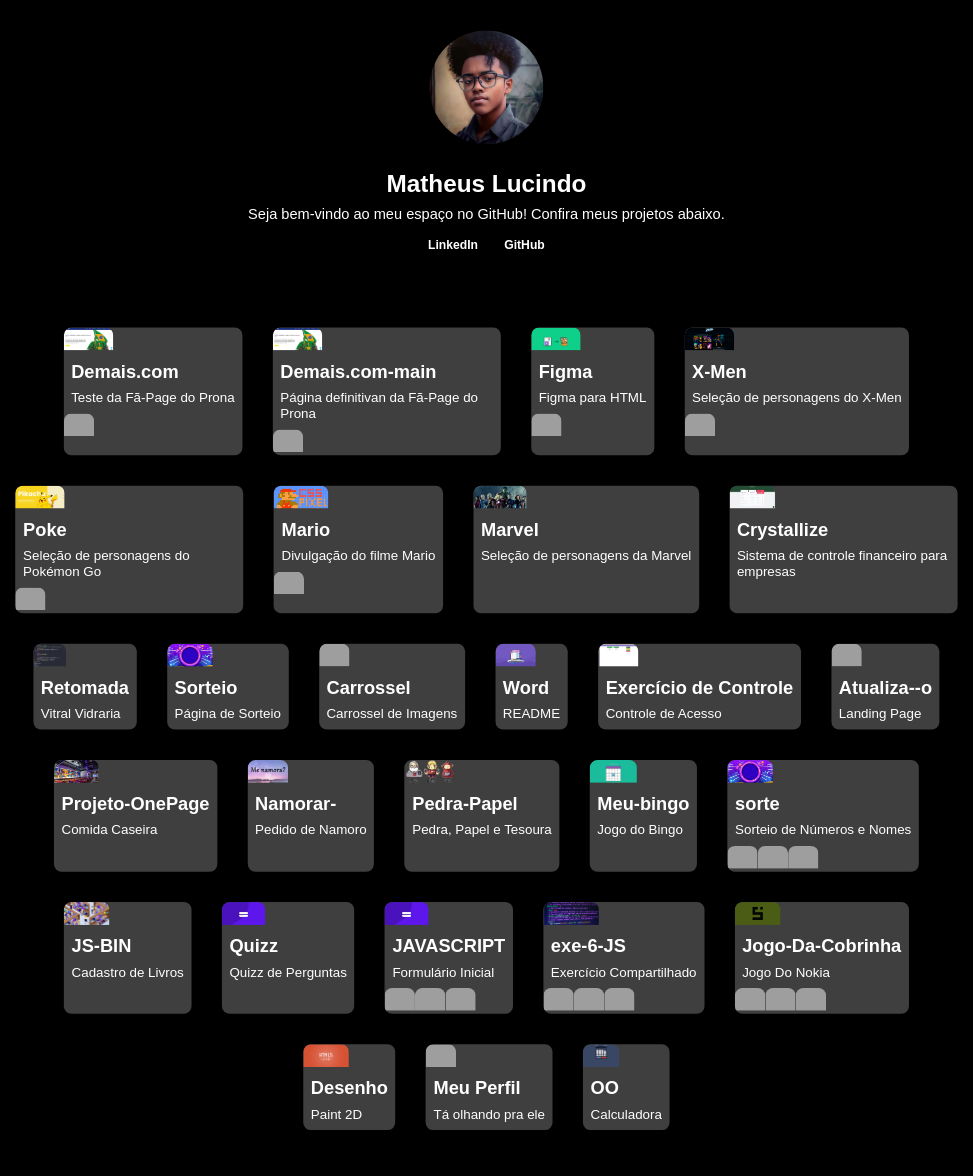
Repository: Matheus904-12/Meu-Perfil
Page: index.html
The author's editor kept a copy of each file at every save. The page is drawn from the files as they stood at one save, then again after a run of saves.
The browser window is 1280 px wide. The pictures show the whole page, at 76% of full size.
Pictures or frames that could not be fetched are drawn as grey boxes.

Above is the page before, as saved 2023-09-26 22:06:23.

### index.html
<!DOCTYPE html>
<html lang="en">
<head>
    <meta charset="UTF-8">
    <meta name="viewport" content="width=device-width, initial-scale=1.0">
    <link rel="stylesheet" href="styles.css">
    <link rel="icon" href="p">
    <title>Seu Perfil</title>
</head>
<body>


    <header>
        <img src="IMG_20230326_185729_968.jpg" alt="Sua Foto de Perfil" class="profile-picture">
        <h1>Matheus Lucindo</h1>
        <p>Seja bem-vindo ao meu espaço no GitHub! Confira meus projetos abaixo.</p>
        <div class="social-links">
            <a href="https://www.linkedin.com/in/matheus-lucindo-b35b68190/" target="_blank">LinkedIn</a>
            <a href="https://github.com/Matheus904-12" target="_blank">GitHub</a>
        </div>
    </header>

    <section class="repositories">
        <!-- Os repositórios serão carregados aqui via JavaScript -->
    </section>

    <script src="script.js"></script>
</body>
</html>

### styles.css
/* styles.css */

body {
    font-family: 'Arial', sans-serif;
    margin: 0;
    padding: 0;
    background-color: #000000;
    color: #fff;
    transition: background-color 0.3s, color 0.3s;
}

.profile-picture {
    border-radius: 50%;
    width: 150px;
    height: 150px;
    margin-bottom: 20px;
    object-fit: cover;
}

header {
    text-align: center;
    padding: 40px;
    background-color: #000000;
    box-shadow: 0px 4px 8px rgba(0, 0, 0, 0.1);
}

h1 {
    font-size: 2em;
    margin: 10px 0;
}

p {
    font-size: 1.2em;
    max-width: 800px;
    margin: 0 auto 20px;
}

.social-links {
    margin-top: 20px;
}

.social-links a {
    display: inline-block;
    margin: 0 15px;
    text-decoration: none;
    color: #fff;
    font-weight: bold;
    transition: color 0.3s;
}

.social-links a:hover {
    color: #00aa1a;
}

.repositories {
    display: flex;
    flex-wrap: wrap;
    justify-content: center;
    margin: 40px 0;
}

.repository-card {
    background-color: #3f3f3f;
    border-radius: 10px;
    box-shadow: 0px 4px 8px rgba(0, 0, 0, 0.1);
    margin: 20px;
    max-width: 300px;
    transition: transform 0.3s, box-shadow 0.3s, background-color 0.3s;
    overflow: hidden;
    color: #fff; /* Cor do texto ajustada */
}

.repository-card img {
    border-radius: 10px 10px 0 0;
    max-width: 100%;
    height: auto;
    max-height: 200px;
    object-fit: cover;
    max-height: 30px; /* Adicionado este estilo para limitar a altura dos ícones */
}

.repository-card h3 {
    margin: 10px;
    font-size: 1.5em;
}

.repository-card p {
    margin: 10px;
    font-size: 1.1em;
}

.repository-card:hover {
    transform: scale(1.05);
    box-shadow: 0 8px 16px rgba(128, 0, 128, 0.1);

}

.repository-card a {
    color: #ffffff; /* Defina a cor de texto desejada aqui */
    text-decoration: none; /* Para remover sublinhado dos links */
}

/* Estilos para tablets (largura máxima de 768px) */
@media screen and (max-width: 768px) {
    header {
        padding: 20px;
    }

    .profile-picture {
        width: 100px;
        height: 100px;
        margin-bottom: 10px;
    }

    h1 {
        font-size: 1.5em;
    }

    p {
        font-size: 1em;
    }

    .social-links a {
        margin: 0 10px;
    }

    .repository-card {
        max-width: 250px;
    }

    .repository-card img {
        max-height: 150px;
    }

    .repository-card h3 {
        font-size: 1.2em;
    }

    .repository-card p {
        font-size: 1em;
    }
}

/* Estilos para dispositivos móveis (largura máxima de 480px) */
@media screen and (max-width: 480px) {
    header {
        padding: 10px;
    }

    .profile-picture {
        width: 80px;
        height: 80px;
        margin-bottom: 5px;
    }

    h1 {
        font-size: 1.2em;
    }

    p {
        font-size: 0.9em;
    }

    .social-links a {
        margin: 0 5px;
    }

    .repository-card {
        max-width: 200px;
    }

    .repository-card img {
        max-height: 120px;
    }

    .repository-card h3 {
        font-size: 1em;
    }

    .repository-card p {
        font-size: 0.8em;
    }
}

### script.js
document.addEventListener('DOMContentLoaded', function() {
    const repositories = [
        {
            name: 'Demais.com',
            description: 'Teste da Fã-Page do Prona',
            coverImage: 'Demais.com.jpg',
            languages: ['']
        },
        {
            name: 'Demais.com-main',
            description: 'Página definitivan da Fã-Page do Prona',
            coverImage: 'Demais.com.jpg',
            languages: ['']
        },
        {
            name: 'Figma',
            description: 'Figma para HTML',
            coverImage: 'Figma_to_html_1.png',
            languages: ['']
        },
        {
            name: 'X-Men',
            description: 'Seleção de personagens do X-Men',
            coverImage: 'xmen.png',
            languages: ['']
        },
        {
            name: 'Poke',
            description: 'Seleção de personagens do Pokémon Go',
            coverImage: 'pokemon-slider.png',
            languages: ['']
        },
        {
            name: 'Mario',
            description: 'Divulgação do filme Mario',
            coverImage: 'css-pixel-art.png',
            languages: ['']
        },
        {
            name: 'Marvel',
            description: 'Seleção de personagens da Marvel',
            coverImage: 'marvel.jpg',
            languages: []
        },
        {
            name: 'Crystallize',
            description: 'Sistema de controle financeiro para empresas',
            coverImage: 'sis.png',
            languages: []
        },
        {
            name: 'Retomada',
            description: 'Vitral Vidraria',
            coverImage: 'retom.png',
            languages: []
        },
        {
            name: 'Sorteio',
            description: 'Página de Sorteio',
            coverImage: 'sorteio.jpg',
            languages: []
        },
        {
            name: 'Carrossel',
            description: 'Carrossel de Imagens',
            coverImage: 'car.jpg',
            languages: []
        },
        {
            name: 'Word',
            description: 'README',
            coverImage: 'como-fazer-um-bom-readme-preview.png',
            languages: []
        },
        {
            name: 'Exercício de Controle',
            description: 'Controle de Acesso',
            coverImage: 'control.png',
            languages: []
        },
        {
            name: 'Atualiza--o',
            description: 'Landing Page',
            coverImage: 'landing.png',
            languages: []
        },
        {
            name: 'Projeto-OnePage',
            description: 'Comida Caseira',
            coverImage: 'restaurante.jpeg',
            languages: []
        },
        {
            name: 'Namorar-',
            description: 'Pedido de Namoro',
            coverImage: 'namorar.jpg',
            languages: []
        },
        {
            name: 'Pedra-Papel',
            description: 'Pedra, Papel e Tesoura',
            coverImage: 'jokenpo.png',
            languages: []
        },
        {
            name: 'Meu-bingo',
            description: 'Jogo do Bingo',
            coverImage: 'bingo.jpg',
            languages: []
        },
        {
            name: 'sorte',
            description: 'Sorteio de Números e Nomes',
            coverImage: 'sorteio.jpg',
            languages: ['HTML', 'CSS', 'JS']
        },
        {
            name: 'JS-BIN',
            description: 'Cadastro de Livros',
            coverImage: 'bibliotecas.png',
            languages: []
        },
        {
            name: 'Quizz',
            description: 'Quizz de Perguntas',
            coverImage: 'a-guide-to-html-css-forms-no-hacks.jpg',
            languages: []
        },
        {
            name: 'JAVASCRIPT',
            description: 'Formulário Inicial',
            coverImage: 'a-guide-to-html-css-forms-no-hacks.jpg',
            languages: ['HTML', 'CSS', 'JS']
        },
        {
            name: 'exe-6-JS',
            description: 'Exercício Compartilhado',
            coverImage: 'comp.png',
            languages: ['HTML', 'CSS', 'JS']
        },
        {
            name: 'Jogo-Da-Cobrinha',
            description: 'Jogo Do Nokia',
            coverImage: 'cobrinha.png',
            languages: ['HTML', 'CSS', 'JS']
        },
        {
            name: 'Desenho',
            description: 'Paint 2D',
            coverImage: '20151220031246_canvas.png',
            languages: []
        },
        {
            name: 'Meu Perfil',
            description: 'Tá olhando pra ele',
            coverImage: 'perfi.png',
            languages: []
        },
        {
            name: 'OO',
            description: 'Calculadora',
            coverImage: 'leva.jpg',
            languages: []
        },


    ];

    const repositoriesSection = document.querySelector('.repositories');

    repositories.forEach(repository => {
        const card = document.createElement('div');
        card.classList.add('repository-card');

        const languagesIcons = repository.languages.map(lang => `<img src="${lang.toLowerCase()}.png" alt="${lang}">`).join('');

        card.innerHTML = `
            <a href="${repository.link}" target="_blank">
                <div class="card-border">
                    <img src="${repository.coverImage}" alt="Capa do Repositório">
                </div>
                <h3>${repository.name}</h3>
                <p>${repository.description}</p>
                <div class="languages">${languagesIcons}</div>
            </a>
        `;

        card.addEventListener('click', function() {
            card.classList.toggle('selected');
        });

        repositoriesSection.appendChild(card);
    });
});

After the next 2 saves:
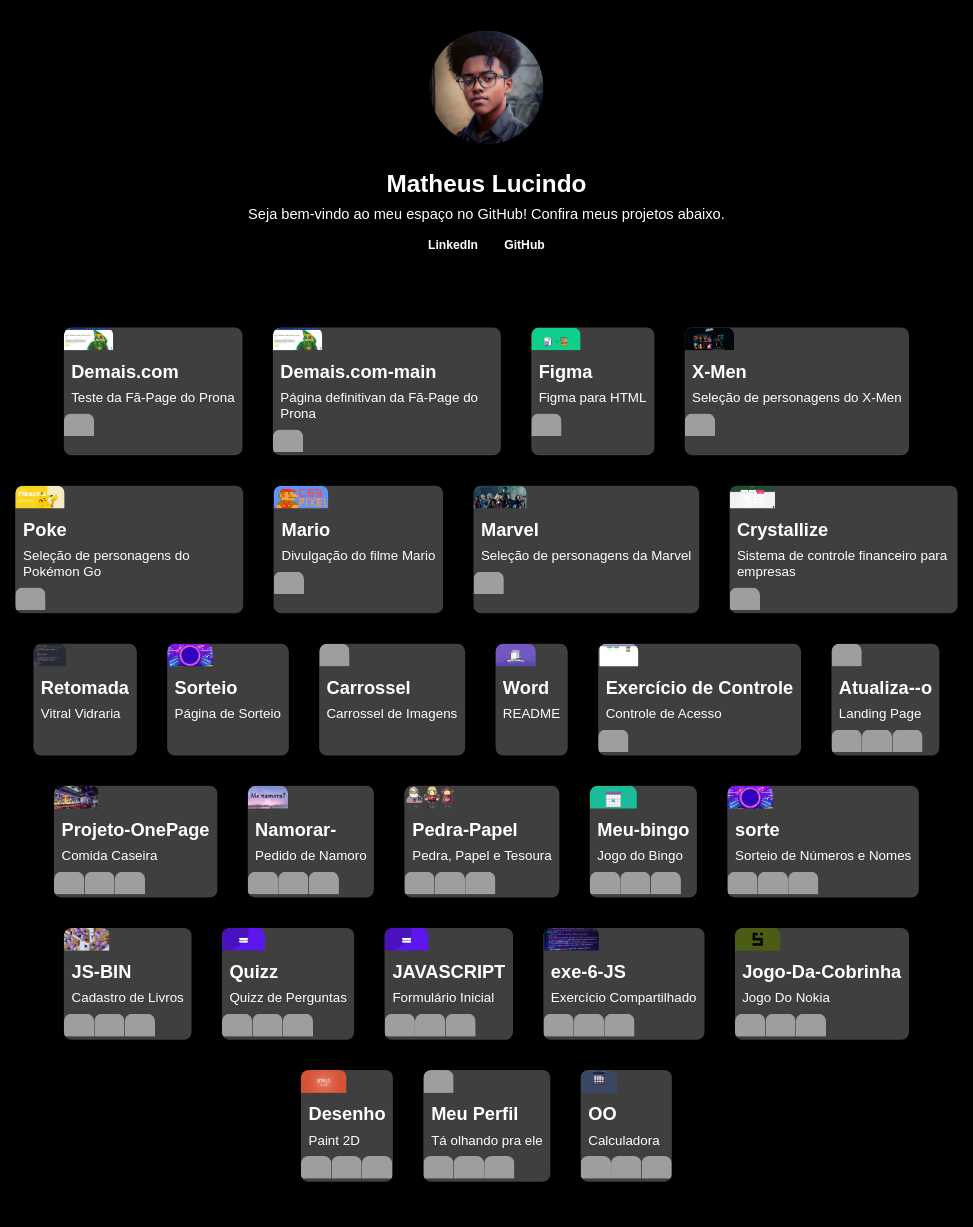
The 2 saves are shown as one change because they came seconds apart.
The last was saved 6 s later.
--- a/script.js
+++ b/script.js
@@ -40,13 +40,13 @@
             name: 'Marvel',
             description: 'Seleção de personagens da Marvel',
             coverImage: 'marvel.jpg',
-            languages: []
+            languages: ['']
         },
         {
             name: 'Crystallize',
             description: 'Sistema de controle financeiro para empresas',
             coverImage: 'sis.png',
-            languages: []
+            languages: ['']
         },
         {
             name: 'Retomada',
@@ -76,37 +76,37 @@
             name: 'Exercício de Controle',
             description: 'Controle de Acesso',
             coverImage: 'control.png',
-            languages: []
+            languages: ['HTML']
         },
         {
             name: 'Atualiza--o',
             description: 'Landing Page',
             coverImage: 'landing.png',
-            languages: []
+            languages: ['HTML', 'CSS', 'JS']
         },
         {
             name: 'Projeto-OnePage',
             description: 'Comida Caseira',
             coverImage: 'restaurante.jpeg',
-            languages: []
+            languages: ['HTML', 'CSS', 'JS']
         },
         {
             name: 'Namorar-',
             description: 'Pedido de Namoro',
             coverImage: 'namorar.jpg',
-            languages: []
+            languages: ['HTML', 'CSS', 'JS']
         },
         {
             name: 'Pedra-Papel',
             description: 'Pedra, Papel e Tesoura',
             coverImage: 'jokenpo.png',
-            languages: []
+            languages: ['HTML', 'CSS', 'JS']
         },
         {
             name: 'Meu-bingo',
             description: 'Jogo do Bingo',
             coverImage: 'bingo.jpg',
-            languages: []
+            languages: ['HTML', 'CSS', 'JS']
         },
         {
             name: 'sorte',
@@ -118,13 +118,13 @@
             name: 'JS-BIN',
             description: 'Cadastro de Livros',
             coverImage: 'bibliotecas.png',
-            languages: []
+            languages: ['HTML', 'CSS', 'JS']
         },
         {
             name: 'Quizz',
             description: 'Quizz de Perguntas',
             coverImage: 'a-guide-to-html-css-forms-no-hacks.jpg',
-            languages: []
+            languages: ['HTML', 'CSS', 'JS']
         },
         {
             name: 'JAVASCRIPT',
@@ -148,19 +148,19 @@
             name: 'Desenho',
             description: 'Paint 2D',
             coverImage: '20151220031246_canvas.png',
-            languages: []
+            languages: ['HTML', 'CSS', 'JS']
         },
         {
             name: 'Meu Perfil',
             description: 'Tá olhando pra ele',
             coverImage: 'perfi.png',
-            languages: []
+            languages: ['HTML', 'CSS', 'JS']
         },
         {
             name: 'OO',
             description: 'Calculadora',
             coverImage: 'leva.jpg',
-            languages: []
+            languages: ['HTML', 'CSS', 'JS']
         },
 
 
